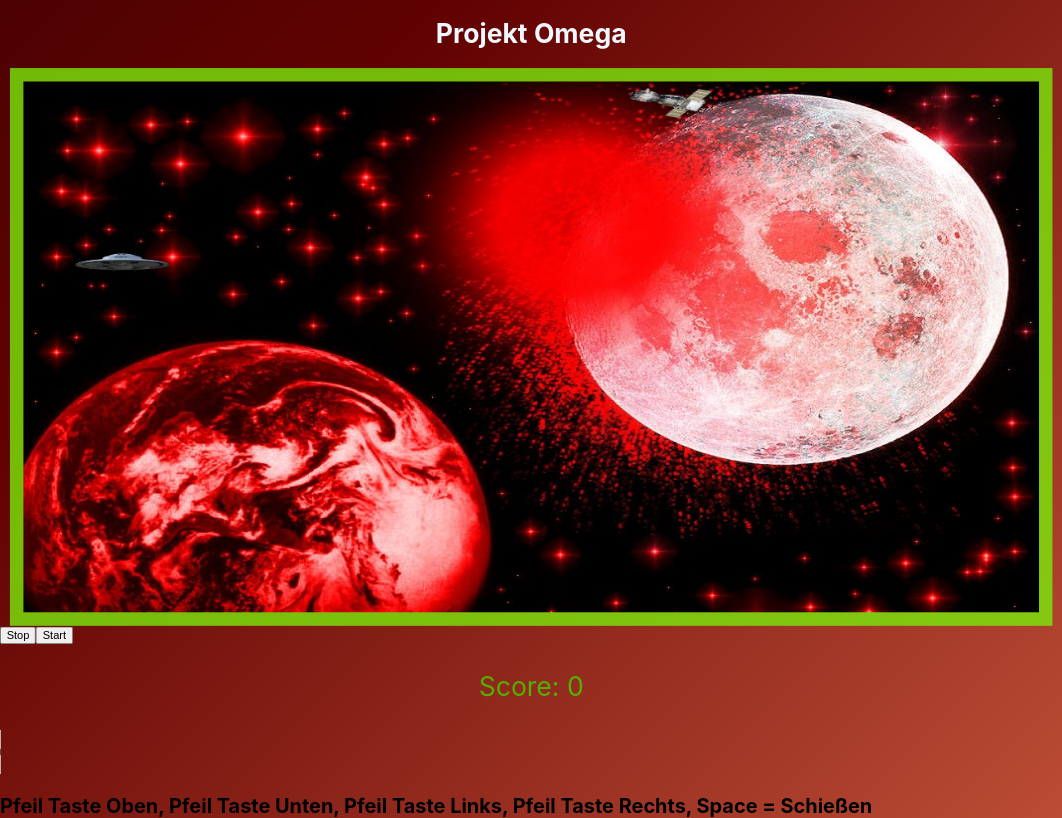
Repository: Der-Metatron/Projekt-Omega-Sprotte
Page: /, after clicking the first element matching `button.startbutton`
An editor plug-in stored every save of this project. The page is shown before and after the next save, followed by the edit.
The browser window is 1280 px wide. The pictures show the whole page, at 83% of full size.
The project was rebuilt for these pictures with package versions that can differ from the ones it lists, and the page was loaded fresh each time.

Above is the page before, as saved 2022-06-23 19:17:54.

After the next save:
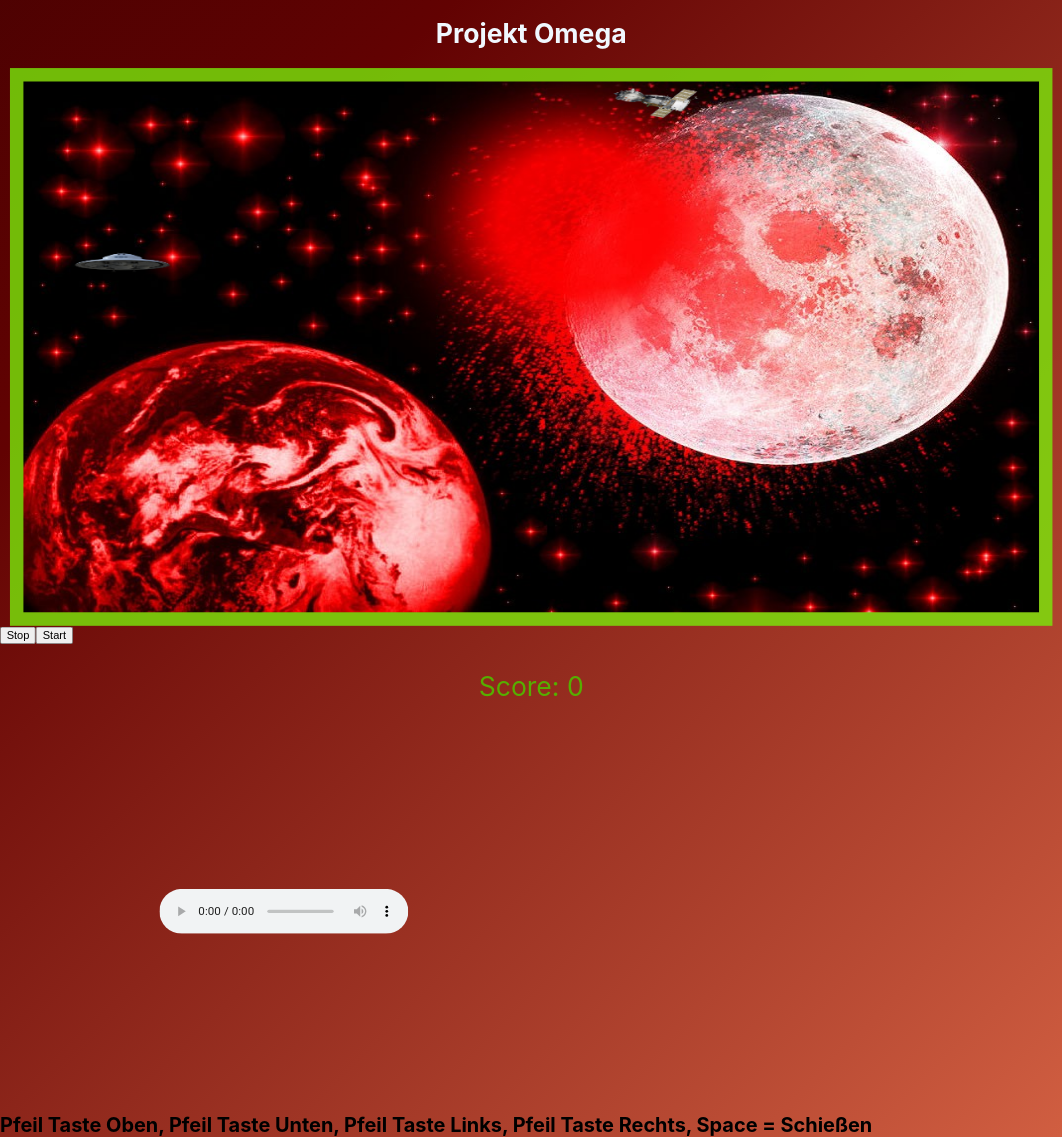
Saved 13 s later.
--- a/src/components/Welcome.css
+++ b/src/components/Welcome.css
@@ -174,4 +174,5 @@
 }
 .player {
   text-align: center;
+  margin: 12rem;
 }

After the save that followed:
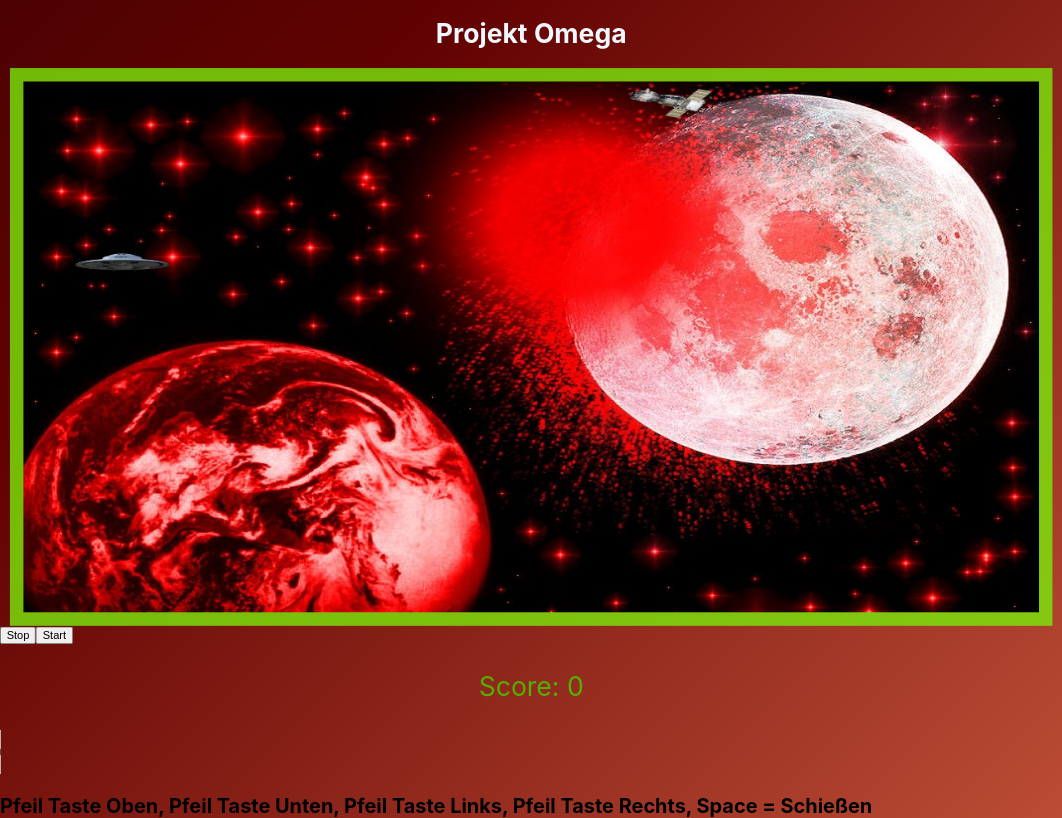
Saved 13 s later.
--- a/src/components/Welcome.css
+++ b/src/components/Welcome.css
@@ -173,6 +173,4 @@
   text-align: center;
 }
 .player {
-  text-align: center;
-  margin: 12rem;
 }
